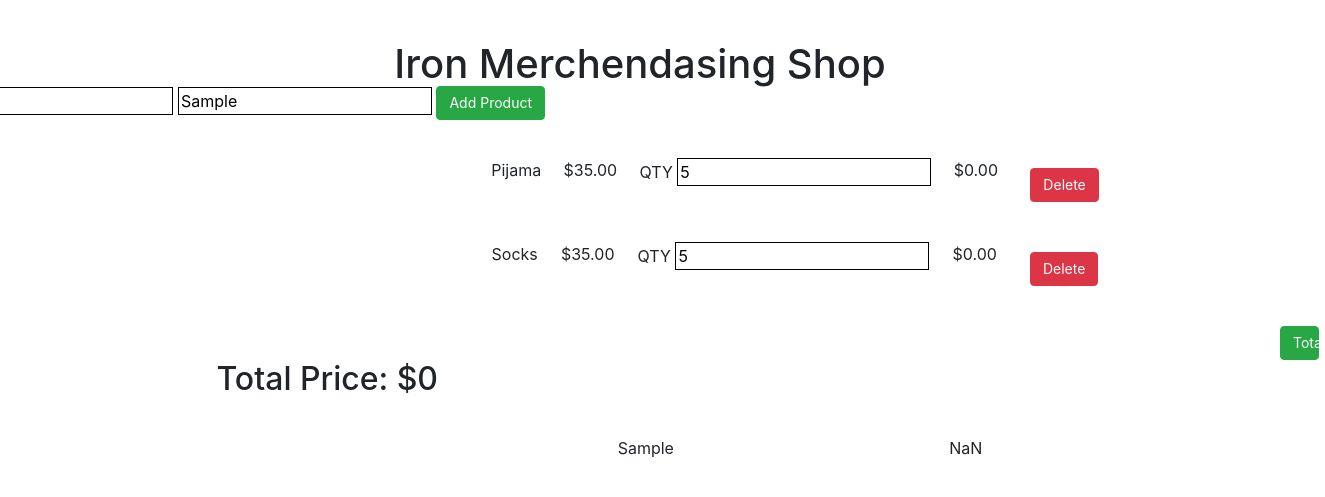
Repository: konstantin0s/lab-cart-DOM
Page: index.html
The author's editor kept a copy of each file at every save. The page is drawn from the files as they stood at one save, then again after the next save.
The browser window is 1280 px wide. The page is 1325 px wide, so the pictures cover 1325 px, including what lies to the right of the window. The pictures show the whole page.
Empty fields were first filled with sample values (such as "Sample", 5 or name@example.com).
After loading, the first visible `#addNewProd` was submitted once.
Some web libraries are served in a nearby version.

Above is the page before, as saved 2019-02-04 10:15:19.
Console error: TypeError: Cannot set properties of null (setting 'onclick')

After the next save:
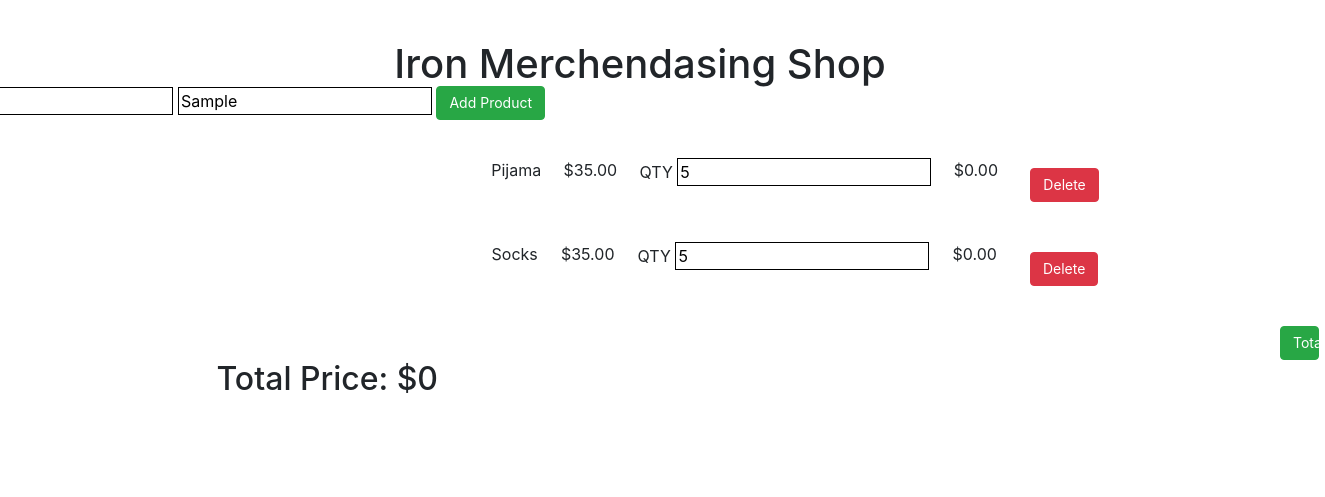
Saved 110 s later.
--- a/js/index.js
+++ b/js/index.js
@@ -123,6 +123,7 @@
 var spanPrice = document.createElement("span");
 //append new product to new span
 spanPrice.appendChild(document.createTextNode(pars));
+spanPrice.createTextNode("$ " + pars);
 div.appendChild(spanPrice);
 
 

After the 5 saves that followed:
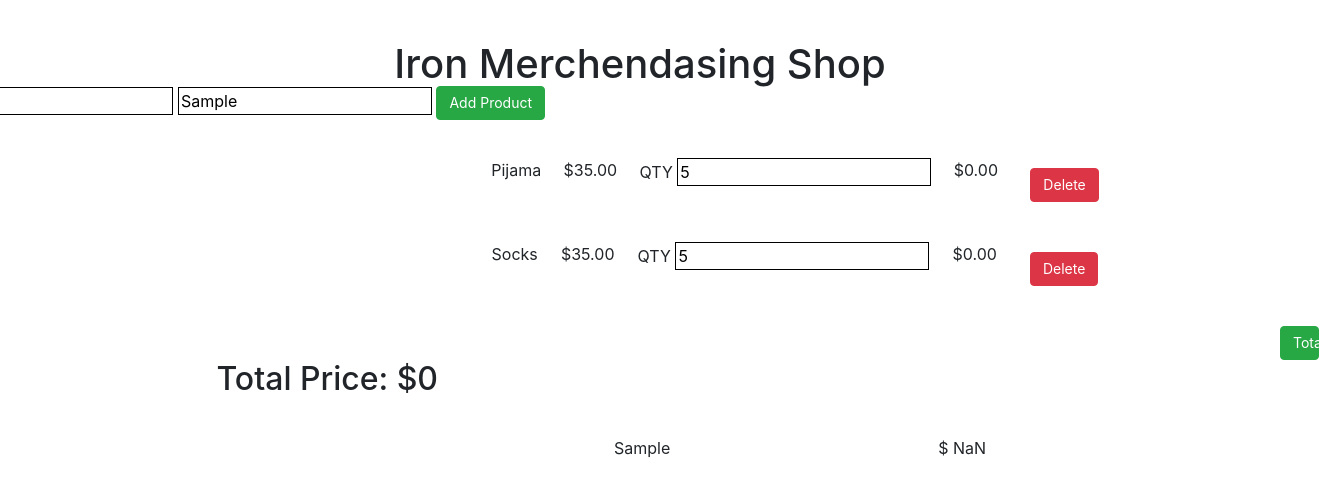
The 5 saves are shown as one change because 4 left the picture as it was.
The last was saved 95 s later.
--- a/js/index.js
+++ b/js/index.js
@@ -122,8 +122,8 @@
 divPrice.className = "price";
 var spanPrice = document.createElement("span");
 //append new product to new span
-spanPrice.appendChild(document.createTextNode(pars));
-spanPrice.createTextNode("$ " + pars);
+spanPrice.appendChild(document.createTextNode("$ " + pars));
+
 div.appendChild(spanPrice);
 
 
